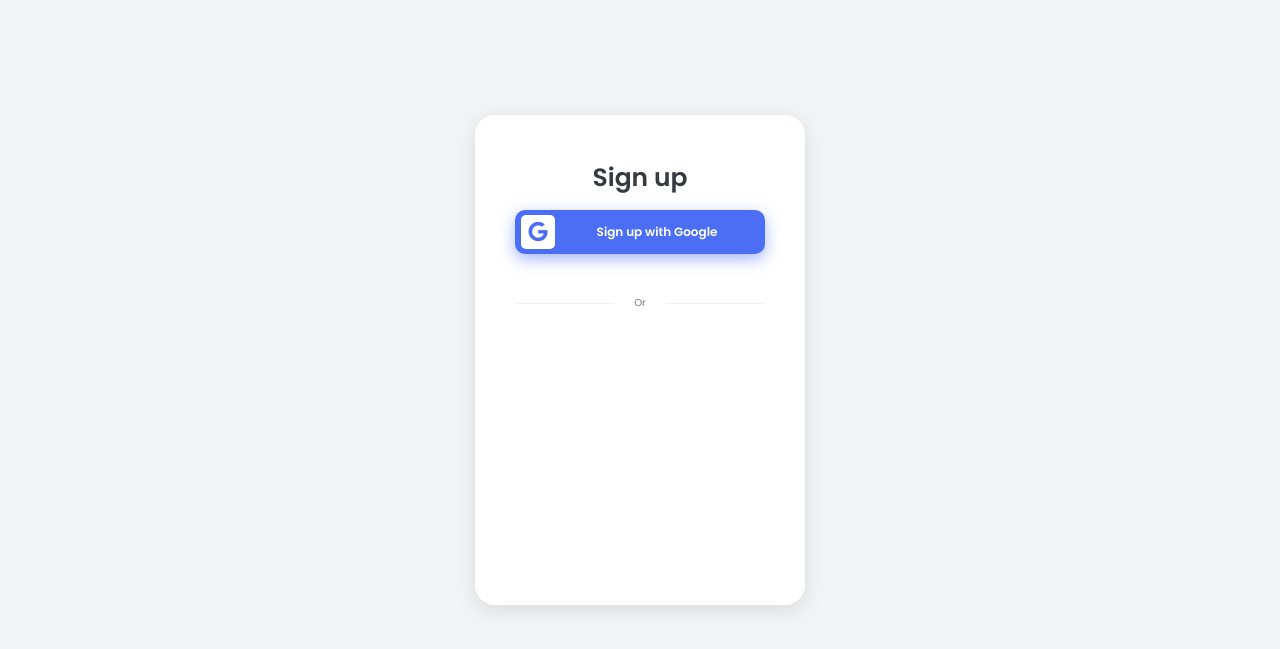
Repository: TranMinhMan040702/practice_html-css
Page: form-login/index.html
The author's editor kept a copy of each file at every save. The page is drawn from the files as they stood at one save, then again after the next save.
The browser window is 1280 px wide. The pictures show the whole page.
Some web libraries are served in a nearby version.

Above is the page before, as saved 2022-08-24 13:19:09.

### form-login/index.html
<!DOCTYPE html>
<html lang="en">
<head>
    <meta charset="UTF-8">
    <meta http-equiv="X-UA-Compatible" content="IE=edge">
    <meta name="viewport" content="width=device-width, initial-scale=1.0">
    <link href="https://fonts.googleapis.com/css2?family=Poppins:wght@300;400;600&display=swap" rel="stylesheet">
    <link rel="stylesheet" href="https://cdnjs.cloudflare.com/ajax/libs/font-awesome/6.1.2/css/all.min.css" integrity="sha512-1sCRPdkRXhBV2PBLUdRb4tMg1w2YPf37qatUFeS7zlBy7jJI8Lf4VHwWfZZfpXtYSLy85pkm9GaYVYMfw5BC1A==" crossorigin="anonymous" referrerpolicy="no-referrer" />
    <title>Sign up</title>
    <link rel="stylesheet" href="reset.css">
    <link rel="stylesheet" href="main.css">
</head>
<body>
    <div class="singup">
        <div class="signup-heading">
            <h1>Sign up</h1>
        </div>
        <button class="signup-button">
            <i class="fa-brands fa-google signup-icon"></i>
            <span class="signup-text">
                Sign up with Google
            </span>
        </button>
        <div class="signup-or">
            <span>Or</span>
        </div>
    </div>
</body>
</html>

### form-login/reset.css
html,
body,
div,
span,
applet,
object,
iframe,
h1,
h2,
h3,
h4,
h5,
h6,
p,
blockquote,
pre,
a,
abbr,
acronym,
address,
big,
cite,
code,
del,
dfn,
em,
img,
ins,
kbd,
q,
s,
samp,
small,
strike,
strong,
sub,
sup,
tt,
var,
b,
u,
i,
center,
dl,
dt,
dd,
ol,
ul,
li,
fieldset,
form,
label,
legend,
table,
caption,
tbody,
tfoot,
thead,
tr,
th,
td,
article,
aside,
canvas,
details,
embed,
figure,
figcaption,
footer,
header,
hgroup,
menu,
nav,
output,
ruby,
section,
summary,
time,
mark,
audio,
video {
  margin: 0;
  padding: 0;
  border: 0;
  font-size: 100%;
  font: inherit;
  vertical-align: baseline;
}
/* HTML5 display-role reset for older browsers */
article,
aside,
details,
figcaption,
figure,
footer,
header,
hgroup,
menu,
nav,
section {
  display: block;
}
body {
  line-height: 1;
}
ol,
ul {
  list-style: none;
}
blockquote,
q {
  quotes: none;
}
blockquote:before,
blockquote:after,
q:before,
q:after {
  content: "";
  content: none;
}
table {
  border-collapse: collapse;
  border-spacing: 0;
}

### form-login/main.css
html {
    font-size: 62.5%;
    font-family: "Poppins", sans-serif;
}

* {
    box-sizing: border-box;
}

body {
    width: 100%;
    height: 100vh;
    background-color: #f2f3f5;
    display: flex;
    justify-content: center;
    align-items: center;
}

.singup {
    max-width: 330px;
    width: 100%;
    height: 490px;
    background-color: #fff;
    padding: 50px 40px;
    border-radius: 20px;
    box-shadow: 0px 5px 20px rgba(0, 0, 0, 0.1);
}

.signup-heading {
    font-size: 2.5rem;
    font-weight: 600;
    color: #363a3f;
    text-align: center;
    margin-bottom: 20px;
}

.signup-button {
    padding: 6px;
    font-family: "Poppins", sans-serif;
    font-size: 1.2rem;
    font-weight: 600;
    color: #fff;
    width: 100%;
    height: 44px;
    border-radius: 10px;
    background-color: #4c6ef4;
    display: inline-block;
    border: none;
    box-shadow: 0px 5px 15px rgba(76, 110, 244, 0.5);
    cursor: pointer;
    display: flex;
    align-items: center;
    margin-bottom: 34px;
}

.signup-icon {
    width: 34px;
    height: 34px;
    font-size: 2rem;
    background: #fff;
    border-radius: 5px;
    color: #4c6ef4;
    display: flex;
    justify-content: center;
    align-items: center;
}

.signup-text {
    display: inline-block;
    margin: 0 auto;
}

.signup-or {
    font-size: 1rem;
    color: #73777a;
    text-align: center;
    position: relative;
}

.signup-or span {
    display: inline-block;
    padding: 10px 20px;
    background: #fff;
    z-index: 2;
    position: relative;
}

.signup-or::after {
    content: "";
    position: absolute;
    width: 100%;
    height: 0.1px;
    background-color: #73777a;
    opacity: 0.1;
    top: 50%;
    left: 0;
    transform: translateY(-50%);
}

After the next save:
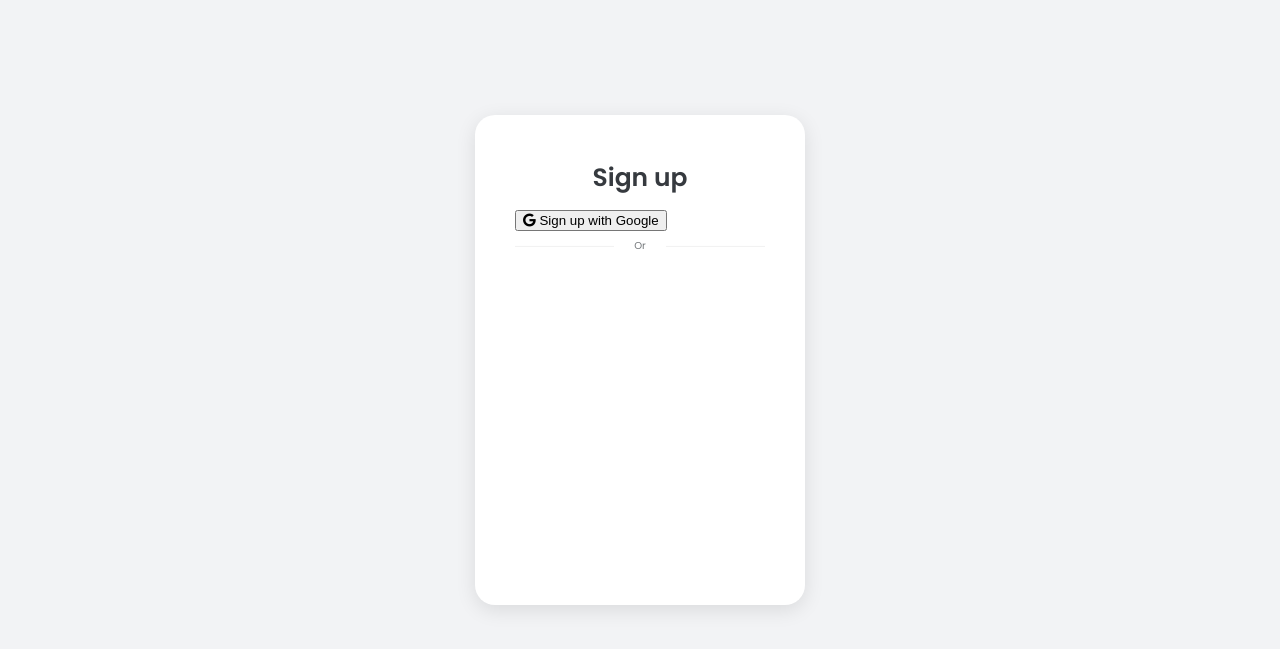
Saved 100 s later.
--- a/form-login/main.css
+++ b/form-login/main.css
@@ -34,7 +34,7 @@ body {
     margin-bottom: 20px;
 }
 
-.signup-button {
+.signup-social {
     padding: 6px;
     font-family: "Poppins", sans-serif;
     font-size: 1.2rem;
@@ -53,7 +53,7 @@ body {
     margin-bottom: 34px;
 }
 
-.signup-icon {
+.signup-social-icon {
     width: 34px;
     height: 34px;
     font-size: 2rem;
@@ -65,7 +65,7 @@ body {
     align-items: center;
 }
 
-.signup-text {
+.signup-social-text {
     display: inline-block;
     margin: 0 auto;
 }

After the save that followed:
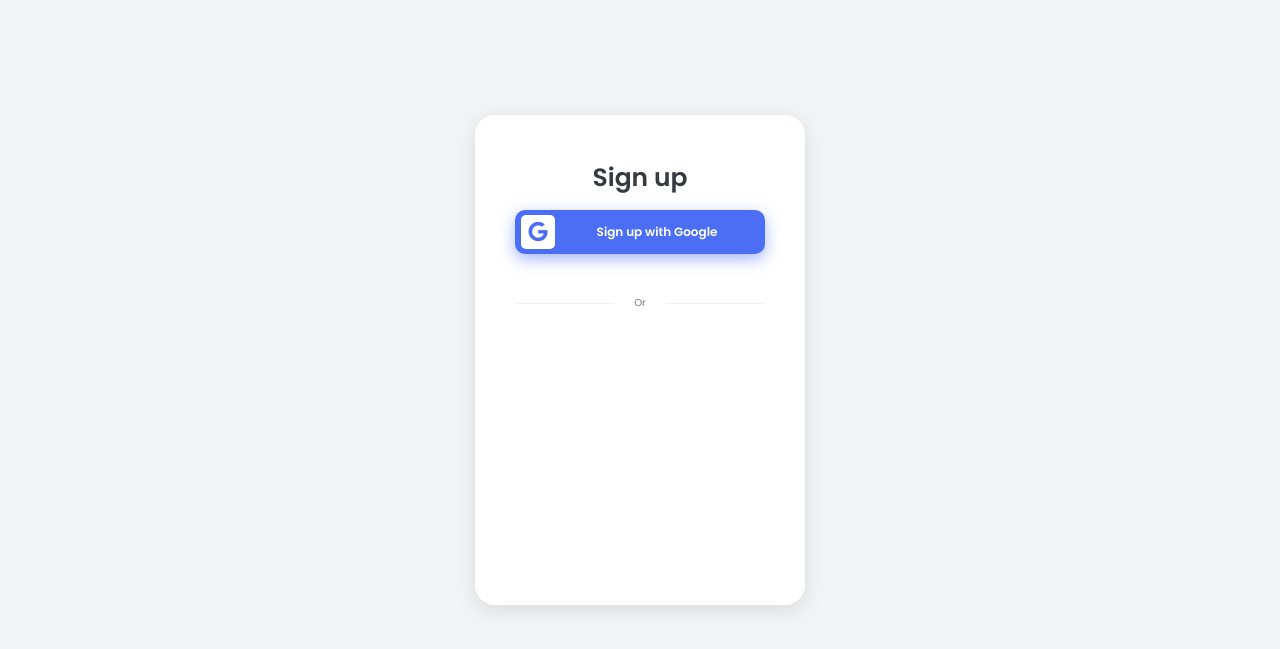
Saved 10 s later.
--- a/form-login/index.html
+++ b/form-login/index.html
@@ -15,15 +15,18 @@
         <div class="signup-heading">
             <h1>Sign up</h1>
         </div>
-        <button class="signup-button">
-            <i class="fa-brands fa-google signup-icon"></i>
-            <span class="signup-text">
+        <button class="signup-social">
+            <i class="fa-brands fa-google signup-social-icon"></i>
+            <span class="signup-social-text">
                 Sign up with Google
             </span>
         </button>
+
         <div class="signup-or">
             <span>Or</span>
         </div>
+
+
     </div>
 </body>
 </html>
